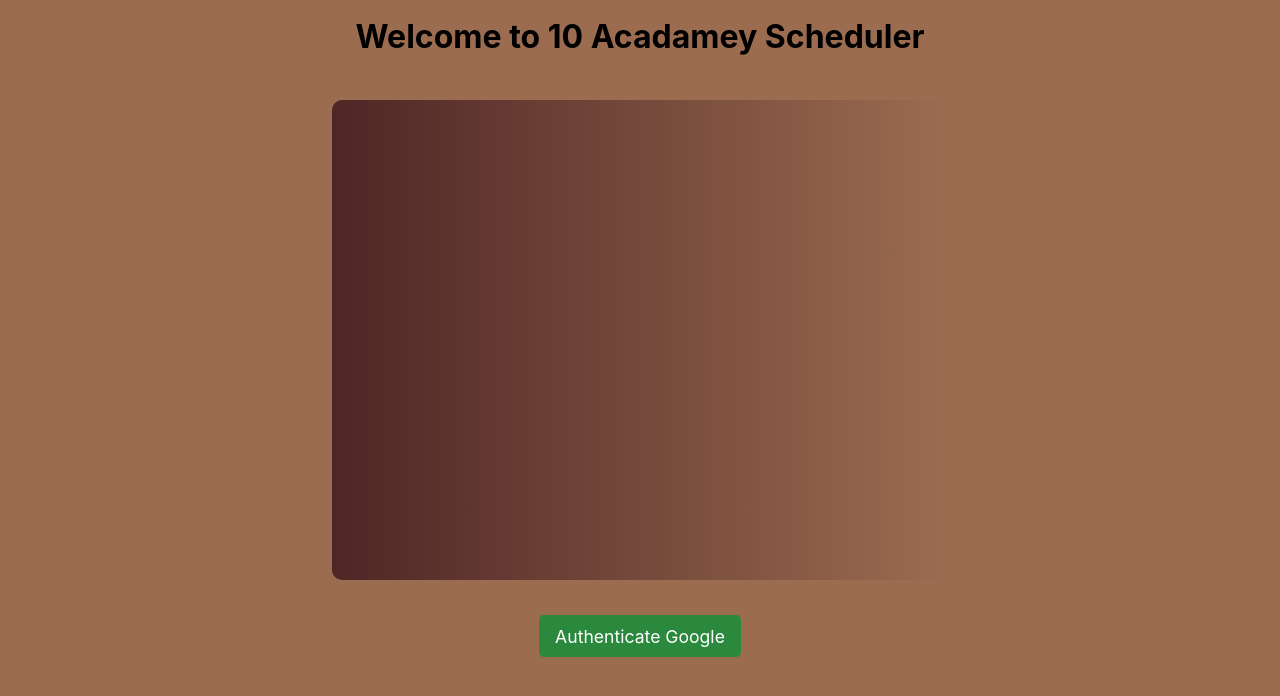
Repository: nebilarega/calendar-extractor
Page: / (app in frontend/)
An editor plug-in stored every save of this project. The page is shown before and after the next save, followed by the edit.
The browser window is 1280 px wide. The pictures show the whole page.
The project was rebuilt for these pictures with package versions that can differ from the ones it lists, and the page was loaded fresh each time.

Above is the page before, as saved 2022-08-24 23:45:09.

After the next save:
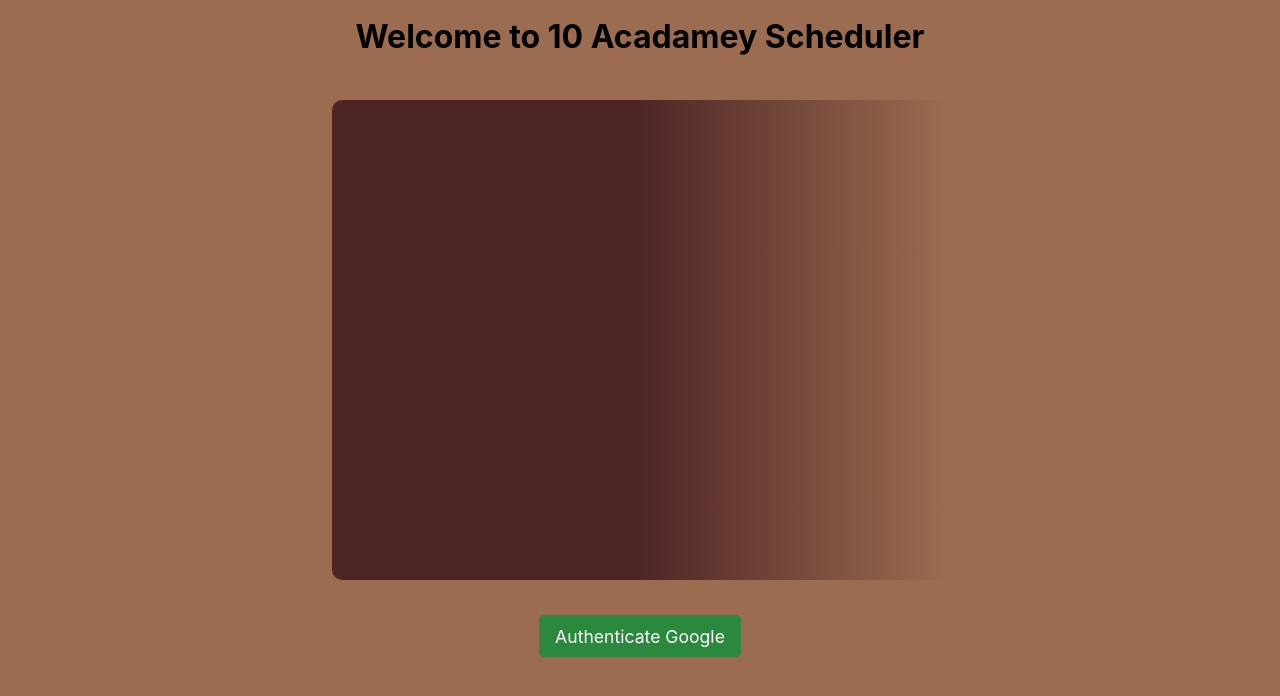
Saved 27 s later.
--- a/frontend/src/css/landing.css
+++ b/frontend/src/css/landing.css
@@ -88,7 +88,7 @@
   border-radius: 10px;
   justify-content: center;
   align-items: center;
-  background-image: linear-gradient(-90deg, #9b6c50 0%, #4f2626 100%);
+  background-image: linear-gradient(-90deg, #9b6c50 0%, #4f2626 50%);
 }
 button {
   margin: 2.2rem;
